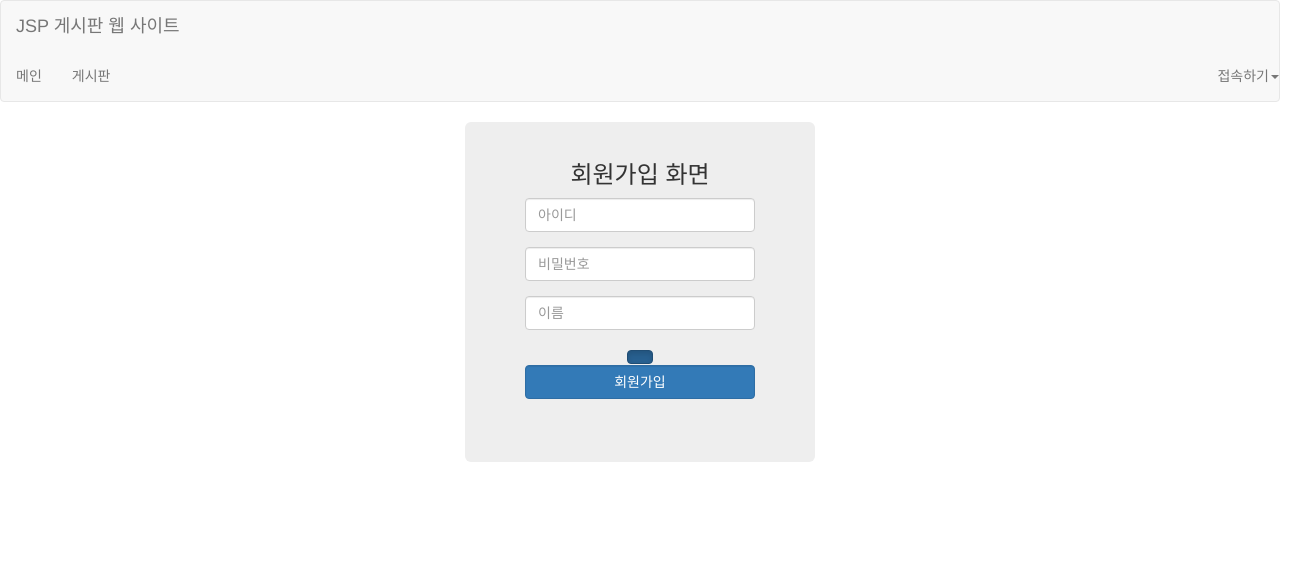
Repository: jeeyune/JSP-Bulletin-Board
Page: http://localhost/BBS/join.jsp
An editor plug-in stored every save of this project. The page is shown before and after the next save, followed by the edit.
The browser window is 1280 px wide. The page is 1294 px wide, so the pictures cover 1294 px, including what lies to the right of the window. The pictures show the whole page.
The page is served by Tomcat 9. Other server files are loaded and not shown.

Above is the page before, as saved 2020-01-12 06:53:47.

### projects/BBS/WebContent/join.jsp
<%@ page language="java" contentType="text/html; charset=UTF-8"
    pageEncoding="UTF-8"%>
<!DOCTYPE html>
<html>
<head>
<meta http-equiv="Content-Type" content="text/html; charset=UTF-8">
<meta name="viewport" content="width=device-width", initial-scale="1">
<link rel="stylesheet" href="css/bootstrap.css">
<title> JSP 게시판 웹사이트 </title>
</head>
<body>
	<nav class="navbar navbar-default">
		<div class="navbar-header">
			<button type="button" class="navbar-toggle collapsed" data-toggle="collapse"
			data-target="#bs-example-navbar-collapse-1"
			aria-expanded="false">
				<span class="icon-bar"></span>
				<span class="icon-bar"></span>
				<span class="icon-bar"></span>
			</button>
			<a class="navbar-brand" href="main.jsp"> JSP 게시판 웹 사이트</a>
		</div>
		<div class="collapse navbar-collapse" id="#bs-example-navbar-collapse-1"></div>
			<ul class="nav navbar-nav">
				<li><a href="main.jsp">메인</a></li>
				<li><a href="bbs.jsp">게시판</a></li>
			</ul>
			<ul class="nav navbar-nav navbar-right">
				<li class="dropdown" >
					<a href="#" class="dropdown-toggle"
						data-toggle="dropdown" role="button" aria-haspopup="true"
						aria-expanded="false">접속하기<span class="caret"></span></a>

					<ul class="dropdown-menu">
						<li class="active"><a href="login.jsp">로그인</a></li>
						<li><a href="join.jsp">회원가입</a></li>
			</ul>
	</nav>
	<div class="container">
		<div class="col-lg-4"></div>
		<div class="col-lg-4">
			<div class="jumbotron" style="padding-top: 20px;">
				<form method="post" action="loginAction.jsp">
					<h3 style="text-align: center;">회원가입 화면</h3>
					<div class="form-group">
						<input type="text" class="form-control" placeholder="아이디" name="userID" maxlength="20">
					</div>
					<div class="form-group">
						<input type="password" class="form-control" placeholder="비밀번호" name="userPassword" maxlength="20">
					</div>
					<div class="form-group">
						<input type="text" class="form-control" placeholder="이름" name="userName" maxlength="20">
					</div>
					<div class="form-group" style="text-align: center;">
						<div class="btn-group" data-toggle="buttons">
							<label class="btn btn-primary active"></label>
					</div>
					<input type="submit" class="btn btn-primary form-control" value="회원가입">
				</form>
			</div>
		</div>
		<div class="col-lg-4"></div>
	</div>
	<script src="https://code.jquery.com/jquery-3.4.1.min.js"></script>
	<script src="js/bootstrap.js"></script>

</body>
</html>

Loaded but not shown: projects/BBS/WebContent/css/bootstrap.css (library); projects/BBS/WebContent/js/bootstrap.js (library)

After the next save:
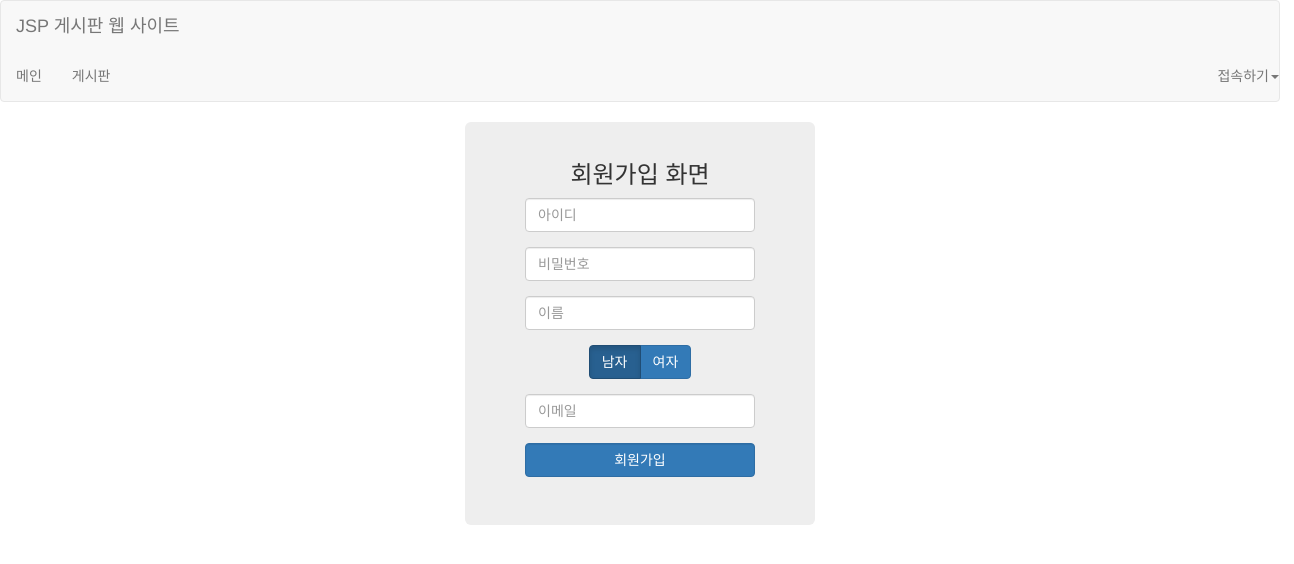
Saved 16 min 2 s later.
--- a/projects/BBS/WebContent/join.jsp
+++ b/projects/BBS/WebContent/join.jsp
@@ -40,7 +40,7 @@
 		<div class="col-lg-4"></div>
 		<div class="col-lg-4">
 			<div class="jumbotron" style="padding-top: 20px;">
-				<form method="post" action="loginAction.jsp">
+				<form method="post" action="joinAction.jsp">
 					<h3 style="text-align: center;">회원가입 화면</h3>
 					<div class="form-group">
 						<input type="text" class="form-control" placeholder="아이디" name="userID" maxlength="20">
@@ -53,7 +53,16 @@
 					</div>
 					<div class="form-group" style="text-align: center;">
 						<div class="btn-group" data-toggle="buttons">
-							<label class="btn btn-primary active"></label>
+							<label class="btn btn-primary active">
+								<input type="radio" name="userGender" autocomplete="off" value="남자" checked>남자
+							</label>
+							<label class="btn btn-primary">
+								<input type="radio" name="userGender" autocomplete="off" value="여자" checked>여자
+							</label>
+						</div>
+					</div>
+					<div class="form-group">
+						<input type="email" class="form-control" placeholder="이메일" name="userEmail" maxlength="20">
 					</div>
 					<input type="submit" class="btn btn-primary form-control" value="회원가입">
 				</form>
